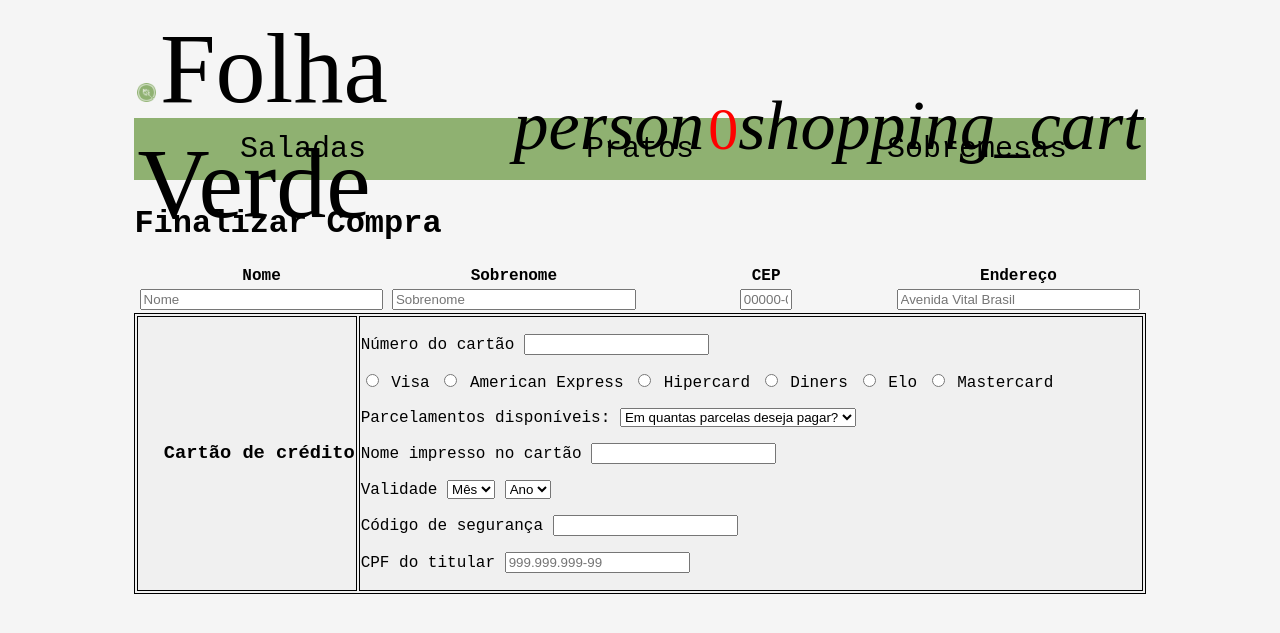
Repository: maaelphd/FolhaVerde
Page: http://localhost/FolhaVerde/Payment.jsp
An editor plug-in stored every save of this project. The page is shown before and after the next save, followed by the edit.
The browser window is 1280 px wide. The pictures show the whole page.
Some web fonts or font styles are not loaded; a fallback is used. The page is served by Tomcat 9.

Above is the page before, as saved 2018-06-04 02:31:31.

After the next save:
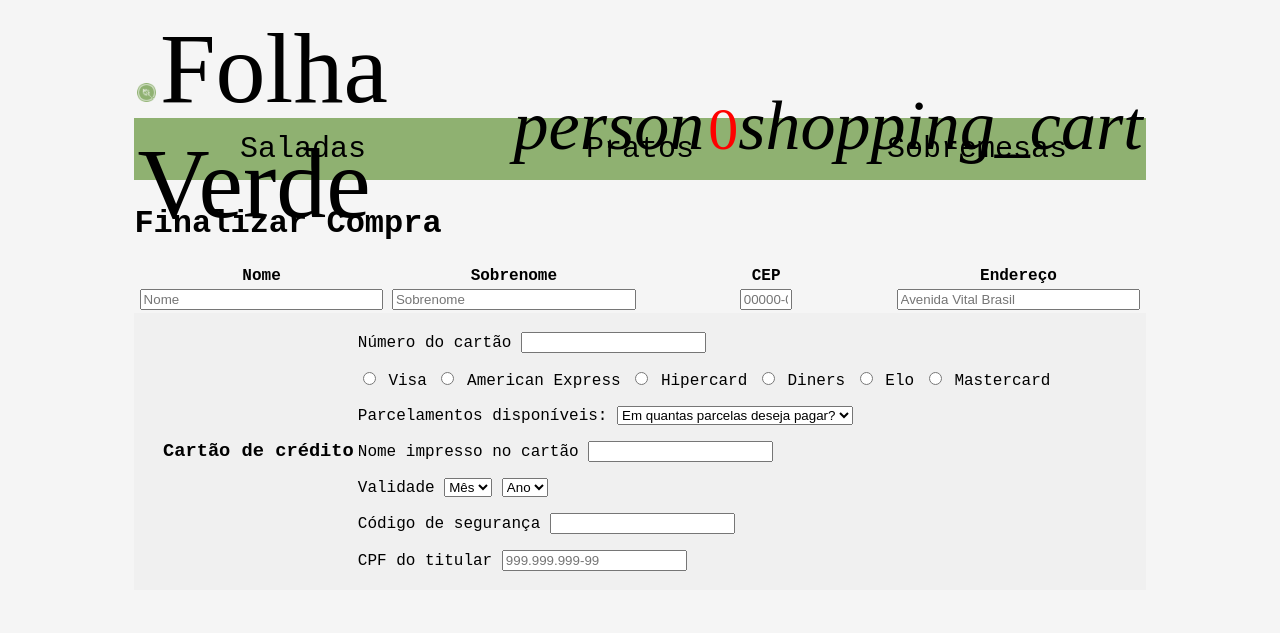
Saved 28 s later.
--- a/FolhaVerde/WebContent/CSS/Payment.css
+++ b/FolhaVerde/WebContent/CSS/Payment.css
@@ -42,10 +42,8 @@ body {
 	background-color: #f0f0f0;
 }
 
-.PaymentsChoiceTable,
-.PaymentsChoiceTable td,
-.PaymentsChoiceTable tr {
-	border: 1px solid black;
+.PaymentsChoiceTable {
+	margin: 0 auto;
 }
 
 .paymenTableTitle {
